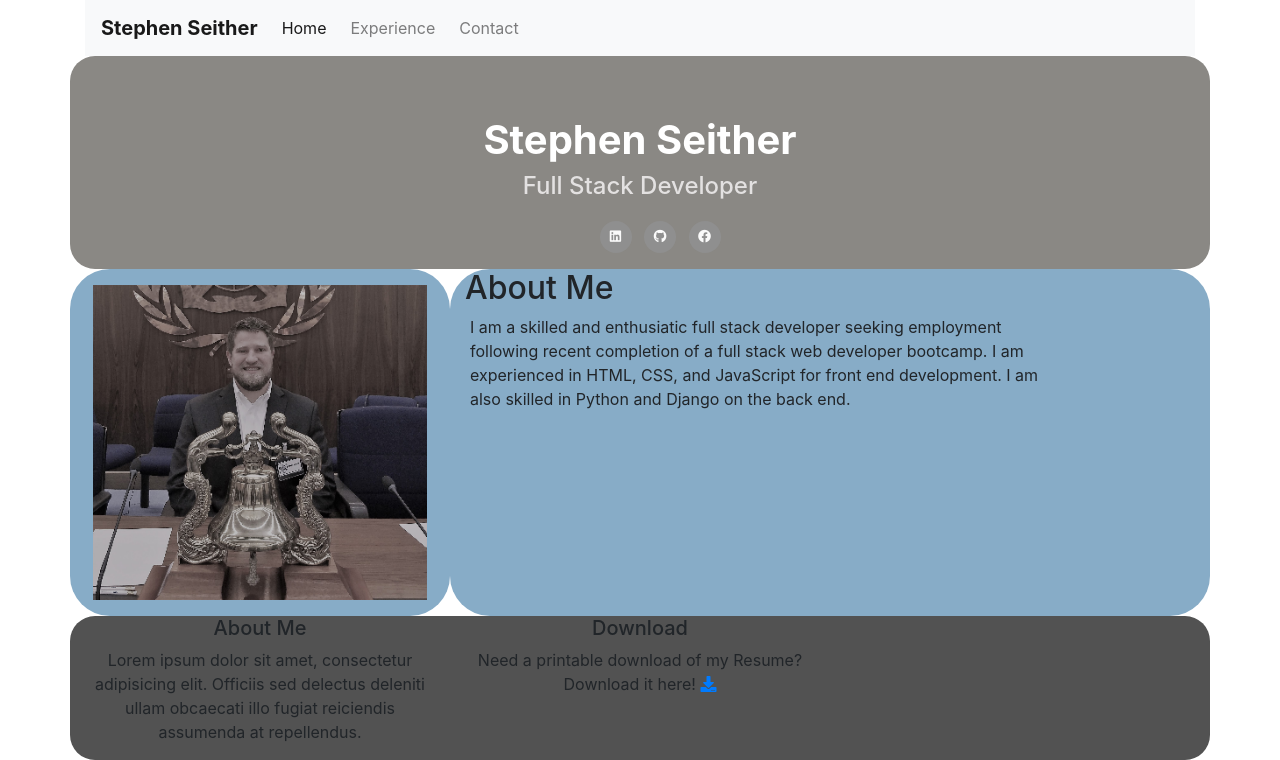
Repository: stephenseither/First-Milestone-Project
Page: index.html
The author's editor kept a record of every edit. The page is drawn from the files as they stood at one moment, then again after the next edit.
The browser window is 1280 px wide. The pictures show the whole page.
Some web libraries are served in a nearby version.

Above is the page before.

### index.html
<!DOCTYPE html>
<html lang="en">

<head>
    <meta charset="UTF-8">
    <meta name="viewport" content="width=device-width, initial-scale=1.0">
    <meta http-equiv="X-UA-Compatible" content="ie=edge">
    <link rel="stylesheet" href="https://stackpath.bootstrapcdn.com/bootstrap/4.3.1/css/bootstrap.min.css" integrity="sha384-ggOyR0iXCbMQv3Xipma34MD+dH/1fQ784/j6cY/iJTQUOhcWr7x9JvoRxT2MZw1T" crossorigin="anonymous">
    <link rel="stylesheet" href="https://use.fontawesome.com/releases/v5.10.2/css/all.css" integrity="sha384-rtJEYb85SiYWgfpCr0jn174XgJTn4rptSOQsMroFBPQSGLdOC5IbubP6lJ35qoM9" crossorigin="anonymous">
    <link rel="stylesheet" href="assets/css/style.css" type="text/css" />
    <title>Document</title>
</head>

<body>
    <div class="container">
        <div class="row no-gutters">
            <div class="col">
                <nav class="navbar navbar-light bg-light navbar-expand-sm no-gutters">
                    <a href="index.html" class="navbar-brand font-weight-bold">Stephen Seither</a>

                    <button class="navbar-toggler ml-auto" type="button" data-toggle="collapse" data-target="#navbarNavDropdown" aria-controls="navbarNavDropdown" aria-expanded="false" aria-label="Toggle navigation">
            <span class="navbar-toggler-icon"></span></button>

                    <div class="collapse navbar-collapse" id="navbarNavDropdown">
                        <ul class="navbar-nav mr-auto">
                            <li class="active nav-item mr-2"><a class="nav-link" href="index.html">Home</a></li>
                            <li class="nav-item mr-2"><a class="nav-link" href="experience.html">Experience</a></li>
                            <li class="nav-item mr-2"><a class="nav-link" href="contact.html">Contact</a></li>
                        </ul>
                    </div>
                </nav>
            </div>
        </div>


        <div class="row rounded-top">

            <div class="col bg-header heading">
                <div class="row">
                    <div class="col">
                        <h1 class="name font-weight-bold">Stephen Seither</h1>
                        <h4 class="title">Full Stack Developer</h4>
                    </div>
                </div>
                <div class="row">
                    <div class="col">
                        <ul class="list-inline social-links">
                            <li class="list-inline-item">
                                <a href="https://www.linkedin.com/in/stephen-seither-254ba7b7" target="_blank">
                                <i class="fab fa-linkedin" aria-hidden="true"></i>
                                <span class="sr-only">LinkedIn</span>
                                </a>
                            </li>
                            <li class="list-inline-item">
                                <a href="https://github.com/stephenseither" target="_blank">
                                    <i class="fab fa-github" aria-hidden="true"></i>
                                    <span class="sr-only">GitHub</span>
                                </a>
                            </li>
                            <li class="list-inline-item">
                                <a href="https://www.facebook.com/stephen.seither" target="_blank">
                                    <i class="fab fa-facebook" aria-hidden="true"></i>
                                    <span class="sr-only">Facebook</span>
                                </a>
                            </li>
                        </ul>
                    </div>
                </div>
            </div>
        </div>
    </div>

    <section class="container">
        <div class="row">
            <div class="col-sm-4 photo">
                <img src="assets/images/stephen-1.jpg" alt="stephen" class="img-fluid img-responsive rounded py-3 px-2" />
            </div>
            <div class="col-md-8 about-me">
                <h2>About Me</h2>
                <p>I am a skilled and enthusiatic full stack developer seeking employment following recent completion of a full stack web developer bootcamp. I am experienced in HTML, CSS, and JavaScript for front end development. I am also skilled in Python
                    and Django on the back end. </p>
            </div>

        </div>
    </section>

    <footer>
        <div class="container footer">
            <div class="row">
                <div class="col-md-4">
                    <h5>About Me</h5>
                    <p>Lorem ipsum dolor sit amet, consectetur adipisicing elit. Officiis sed delectus deleniti ullam obcaecati illo fugiat reiciendis assumenda at repellendus.</p>
                </div>
                <div class="col-md-4">
                    <h5>Download</h5>
                    <p>Need a printable download of my Resume? Download it here!
                        <a href="assets/resume/resume.pdf" target="_blank"><i class="fa fa-download" aria-hidden="true"></i>
                        <span class="sr-only">Download link.</span>
                        </a>
                    </p>
                </div>
            </div>
        </div>
    </footer>
    <script src="https://code.jquery.com/jquery-3.3.1.slim.min.js" integrity="sha384-q8i/X+965DzO0rT7abK41JStQIAqVgRVzpbzo5smXKp4YfRvH+8abtTE1Pi6jizo" crossorigin="anonymous"></script>
    <script src="https://cdnjs.cloudflare.com/ajax/libs/popper.js/1.14.3/umd/popper.min.js" integrity="sha384-ZMP7rVo3mIykV+2+9J3UJ46jBk0WLaUAdn689aCwoqbBJiSnjAK/l8WvCWPIPm49" crossorigin="anonymous"></script>
    <script src="https://stackpath.bootstrapcdn.com/bootstrap/4.1.3/js/bootstrap.min.js" integrity="sha384-ChfqqxuZUCnJSK3+MXmPNIyE6ZbWh2IMqE241rYiqJxyMiZ6OW/JmZQ5stwEULTy" crossorigin="anonymous"></script>
</body>

</html>

### assets/css/style.css
/*---------------------------Media Queries---------------------- */

@media (hover: none) {
    .contact-info {
        background-color: #7395ae;
        opacity: 1.2;
    }
}


/*---------------------------BG Colors---------------------- */

.bg-header {
    background-color: #8a8884;
}

.about-me {
    background-color: #87acc7;
}

.photo {
    background-color: #87acc7;
}

.contact-info {
    background-color: #7395ae;
    opacity: 0.75;
    transition: opacity .5s ease-out, font-weight .25s ease-in-out;
    -moz-transition: opacity .5s ease-out, font-weight .25s ease-in-out;
    -webkit-transition: opacity .5s ease-out, font-weight .25s ease-in-out;
    color: #fafafa;
    font-weight: normal;
}

.contact-info:hover {
    opacity: 1.2;
    font-weight: bold;
}

.bg-work-timeline {
    background-color: #87acc7;
}

.bg-school-timeline {
    background-color: #87acc7;
}

/*---------------------------Header---------------------- */

.heading {
    text-align: center;
    border-radius: 25px;
}

.name {
    margin-top: 60px;
    color: #fff;
}

.title {
    color: #e3e1e1;
    margin-bottom: 20px;
}

.social-links {
    margin-left: 40px;
}

.social-links li a i {
    width: 32px;
    height: 32px;
    padding: 12px 2px;
    border-radius: 50%;
    font-size: 13px;
    line-height: 7px;
    text-align: center;
    color: #fafafa;
    background: #8f8f8f;
    transition: all 0.35s ease-in-out, ;
    -moz-transition: all 0.35s ease-in-out;
    -webkit-transition: all 0.35s ease-in-out;
    -o-transition: all 0.35s ease-in-out;
}

.social-links li a i:hover {
    background-color: #b8784b;
    transform: scale(1.5);
    -webkit-transform: scale(1.5);
    -moz-transform: scale(1.5);
    -o-transform: scale(1.5);
}


/*---------------------------About Me---------------------- */

.about-me {
    border-width: 2px 4px;
    border-radius: 40px;
}

.about-me p {
    width: 80%;
    margin-left: 5px;
}

.photo {
    border-width: 2px 4px;
    border-radius: 40px;
}

/*---------------------------Contact Info---------------------- */

.personal-info-item {
    margin-bottom: 10px;
    display: block;
    clear: both;
    font-size: 20px;
}

.personal-info-item .title,
.personal-info-item .value {
    display: inline-block;
    padding-right: 15px;
}

/*--------------------------Work History---------------------- */

.resume {
    background-color: #8a8884;
    text-align: center;
    color: #fafafa;
    padding: 8px;
}

.work-history {
    color: #f5f5f5;
    text-align: center;
}

.work-timeline {
    border-width: 2px 4px;
    border-radius: 40px;
}

.timeline-item {
    padding: 4em 2em 0em 2em;
    position: relative;
    color: #fafafa;
    border-left: 1px solid;
}

.timeline-item p {
    padding: 0;
    margin: 0;
}

.timeline-item:before {
    content: attr(data-dates);
    position: absolute;
    left: 2.5em;
    top: 3em;
    display: block;
    font-family: "Exo", sans-serif;
    font-weight: 500;
    font-size: 0.8em;
    padding: 0;
    margin: 0;
}

.timeline-item:after {
    width: 12px;
    height: 12px;
    display: block;
    top: 2.4em;
    position: absolute;
    left: -6px;
    border-radius: 12px;
    content: '';
    background-color: #fafafa;
}


.school {
    color: #f5f5f5;
    text-align: center;
}

.school-item {
    padding: 4em 2em 0em 2em;
    position: relative;
    color: #fafafa;
    border-left: 1px solid;
}


.school-timeline {
    border-width: 2px 4px;
    border-radius: 40px;
}

.school-item p {
    padding: 0;
    margin: 0;
}

.school-item:before {
    content: attr(data-dates);
    position: absolute;
    left: 2.5em;
    top: 3em;
    display: block;
    font-family: "Exo", sans-serif;
    font-weight: 500;
    font-size: 0.8em;
    padding: 0;
    margin: 0;
}

.school-item:after {
    width: 12px;
    height: 12px;
    display: block;
    top: 2.4em;
    position: absolute;
    left: -6px;
    border-radius: 12px;
    content: '';
    background-color: #fafafa;
}

/*---------------------------Footer---------------------------*/

.footer {
    background-color: #525252;
    border-radius: 25px;
}

footer h5,ul {
    text-align: center;
}

footer p {
    text-align: center;
}

.social-links-footer li a i {
    width: 32px;
    height: 32px;
    padding: 12px 2px;
    border-radius: 50%;
    font-size: 13px;
    line-height: 7px;
    text-align: center;
    color: #fafafa;
    background: #8f8f8f;
    transition: all 0.35s ease-in-out, ;
    -moz-transition: all 0.35s ease-in-out;
    -webkit-transition: all 0.35s ease-in-out;
    -o-transition: all 0.35s ease-in-out;
}

After the next edit:
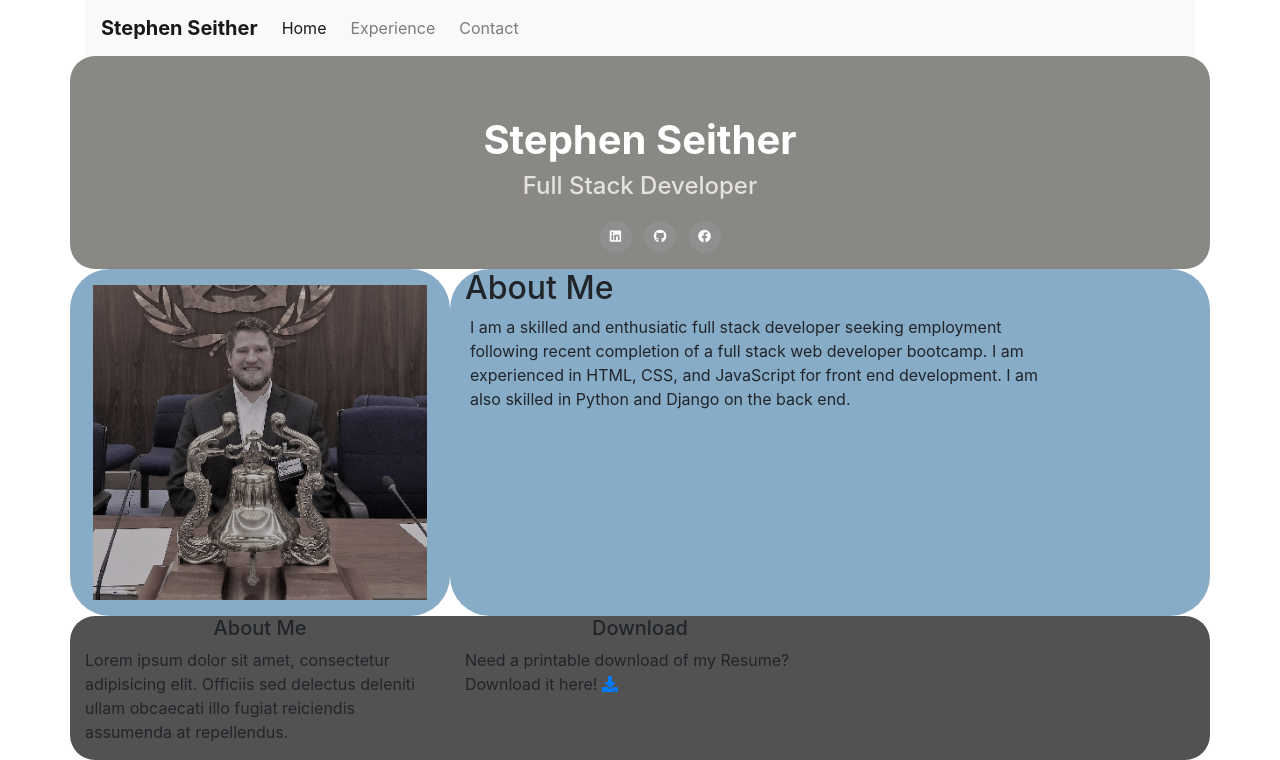
The edit:
--- a/assets/css/style.css
+++ b/assets/css/style.css
@@ -239,7 +239,7 @@
     text-align: center;
 }
 
-footer p {
+footer ul {
     text-align: center;
 }
 
